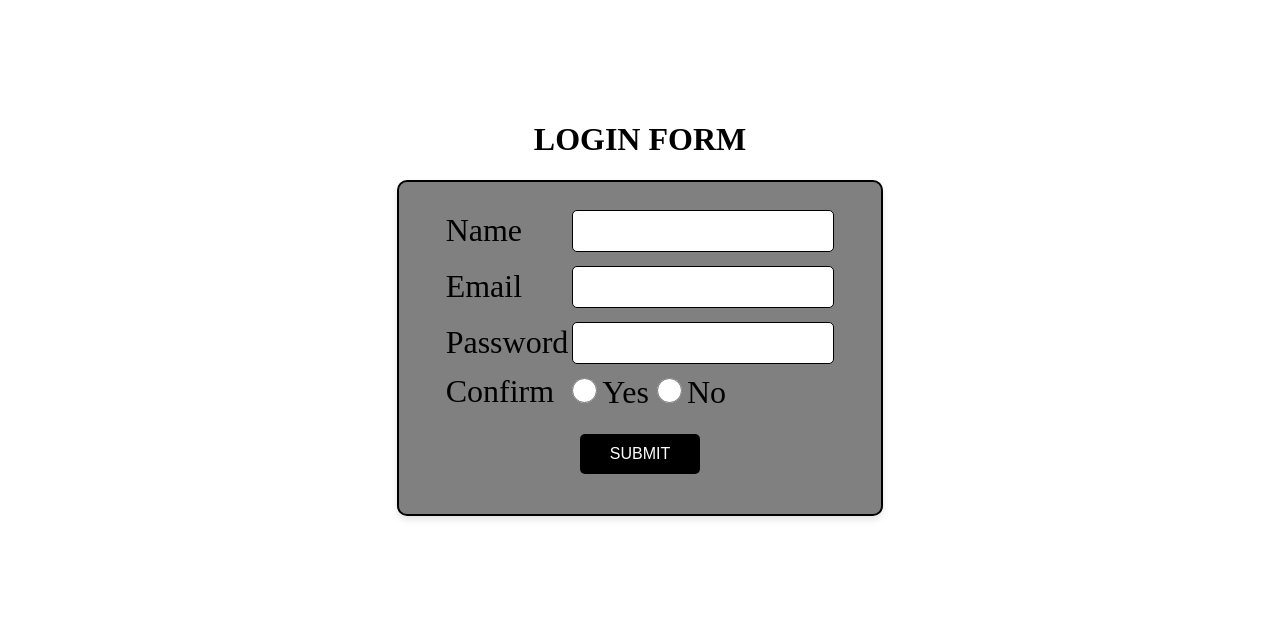
Repository: obusakthi539/Loginform
Page: Form.html
These files come from the project's save history. The page is drawn as it stood at one moment and after the next save; the edit follows.
The browser window is 1280 px wide. The pictures show the whole page.

Above is the page before, as saved 2025-01-10 18:32:48.

### Form.html
<!DOCTYPE html>
<html lang="en">
<head>
    <meta charset="UTF-8">
    <meta name="viewport" content="width=device-width, initial-scale=1.0">
    <title>Document</title>
    <style>
        body {
            display: flex;
            flex-direction: column;
            align-items: center;
            justify-content: center;
            margin-top: 100px;
        }
        .a {
            background-color: gray;
            font-size: xx-large;
            width: 35%;
            display: flex;
            flex-direction: column;
            padding: 20px; /* Added padding for a neat layout */
            border: 2px solid black; /* Added border for neatness */
            border-radius: 10px; /* Optional: Rounded corners */
            box-shadow: 0px 4px 6px rgba(0, 0, 0, 0.1); /* Optional: Shadow for modern look */
        }
        .a input {
            width: 250px;
            height: 30px;
            margin: 5px 0; /* Added margin for spacing */
            border: 1px solid black; /* Neat borders for inputs */
            border-radius: 5px; /* Rounded corners */
            padding: 5px;
        }
        #i {
            width: 25px; /* Increased width for radio buttons */
            height: 25px; /* Increased height for radio buttons */
            margin-right: 5px; /* Added spacing between Yes and No */
        }
        button {
            display: block; /* Block layout to center it */
            margin: 20px auto; /* Center the button horizontally */
            width: 120px; /* Set a fixed width */
            height: 40px; /* Set height for consistency */
            background-color: black; /* Button color */
            color: white; /* Text color */
            border: none; /* Remove default border */
            border-radius: 5px; /* Optional: Rounded corners */
            cursor: pointer; /* Change cursor to pointer */
            font-size: medium;
        }
        button:hover {
            background-color: darkgray; /* Optional: Hover effect */
        }
        table {
            margin: 0 auto; /* Center the table inside the container */
        }
    </style>
</head>
<body>
    <h1>LOGIN FORM</h1>
    <div class="a">
        <form action="">
            <table>
                <tr>
                    <td><label for="">Name</label></td>
                    <td><input type="text"></td>
                </tr>
                <tr>
                    <td><label for="">Email</label></td>
                    <td><input type="email"></td>
                </tr>
                <tr>
                    <td><label for="">Password</label></td>
                    <td><input type="password"></td>
                </tr>
                <tr>
                    <td><label for="">Confirm</label></td>
                    <td>
                        <input type="radio" name="a" id="i">Yes
                        <input type="radio" name="a" id="i">No
                    </td>
                </tr>
            </table>
            <button type="submit">SUBMIT</button>
        </form>
    </div>
</body>
</html>

After the next save:
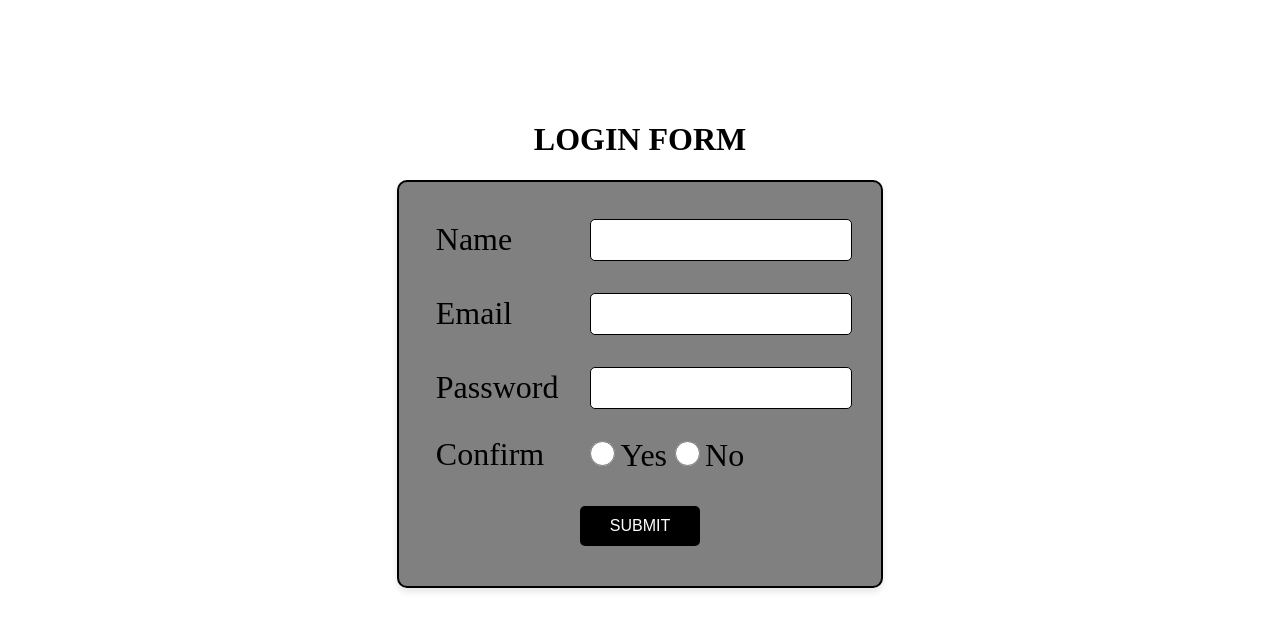
Saved 80 s later.
--- a/Form.html
+++ b/Form.html
@@ -18,41 +18,44 @@
             width: 35%;
             display: flex;
             flex-direction: column;
-            padding: 20px; /* Added padding for a neat layout */
-            border: 2px solid black; /* Added border for neatness */
-            border-radius: 10px; /* Optional: Rounded corners */
-            box-shadow: 0px 4px 6px rgba(0, 0, 0, 0.1); /* Optional: Shadow for modern look */
+            padding: 20px;
+            border: 2px solid black;
+            border-radius: 10px;
+            box-shadow: 0px 4px 6px rgba(0, 0, 0, 0.1);
         }
         .a input {
             width: 250px;
             height: 30px;
-            margin: 5px 0; /* Added margin for spacing */
-            border: 1px solid black; /* Neat borders for inputs */
-            border-radius: 5px; /* Rounded corners */
+            margin: 5px 0;
+            border: 1px solid black;
+            border-radius: 5px;
             padding: 5px;
         }
         #i {
-            width: 25px; /* Increased width for radio buttons */
-            height: 25px; /* Increased height for radio buttons */
-            margin-right: 5px; /* Added spacing between Yes and No */
+            width: 25px;
+            height: 25px;
+            margin-right: 5px;
         }
         button {
-            display: block; /* Block layout to center it */
-            margin: 20px auto; /* Center the button horizontally */
-            width: 120px; /* Set a fixed width */
-            height: 40px; /* Set height for consistency */
-            background-color: black; /* Button color */
-            color: white; /* Text color */
-            border: none; /* Remove default border */
-            border-radius: 5px; /* Optional: Rounded corners */
-            cursor: pointer; /* Change cursor to pointer */
+            display: block;
+            margin: 20px auto;
+            width: 120px;
+            height: 40px;
+            background-color: black;
+            color: white;
+            border: none;
+            border-radius: 5px;
+            cursor: pointer;
             font-size: medium;
         }
         button:hover {
-            background-color: darkgray; /* Optional: Hover effect */
+            background-color: darkgray;
         }
         table {
-            margin: 0 auto; /* Center the table inside the container */
+            margin: 0 auto;
+        }
+        table td {
+            padding: 10px 15px; /* Add padding for spacing */
         }
     </style>
 </head>
